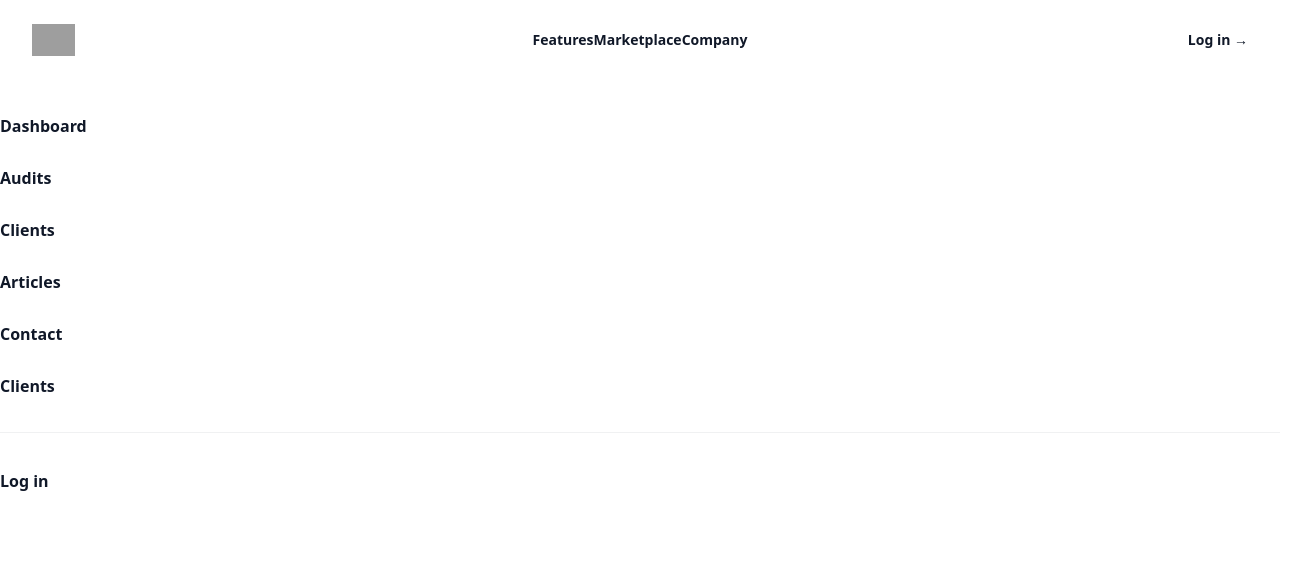
Repository: EclipticCode/Audit-Ease-FE
Page: /
These files come from the project's save history. The page is drawn as it stood at one moment and after a run of saves; the edit follows.
The browser window is 1280 px wide. The page is 1292 px wide, so the pictures cover 1292 px, including what lies to the right of the window. The pictures show the whole page.
Pictures or frames that could not be fetched are drawn as grey boxes. The project was rebuilt for these pictures with package versions that can differ from the ones it lists, and the page was loaded fresh each time. Also part of the build but not shown: vite.config.js, Login.jsx.

Above is the page before, as saved 2025-03-27 19:24:31.

### index.html
<!doctype html>
<html lang="en">
  <head>
    <meta charset="UTF-8" />
    <link rel="icon" type="image/svg+xml" href="" />
    <meta name="viewport" content="width=device-width, initial-scale=1.0" />
    <title>Audit Ease</title>
  </head>
  <body>
    <div id="root"></div>
    <script type="module" src="/src/main.jsx"></script>
  </body>
</html>

### src/main.jsx
import React from "react";
import ReactDOM from "react-dom/client";
import App from "./App";
import "./index.css"; // Ensure Tailwind styles are imported

ReactDOM.createRoot(document.getElementById("root")).render(
  <React.StrictMode>
    <App />
  </React.StrictMode>
);

### src/App.jsx
import React from 'react'
import Login from '../Login'
import Navbar from './Navbar'

const App = () => {
  return (
   <div>
      <Navbar/>
   </div>
  )
}

export default App

### src/index.css
@import url('https://fonts.googleapis.com/css2?family=Roboto:ital,wght@0,100..900;1,100..900&display=swap');

@import "tailwindcss";

@theme {
  --font-roboto: "Roboto", sans-serif;
  --font-weight-light: 300;
  --font-weight-normal: 400;
  --font-weight-medium: 500;
  --font-weight-semibold: 600;
  --font-weight-bold: 700;
  --color-soft-primary: #B2C4FB;
  --color-light-primary: #053ADA;
  --color-dark-primary: #032691;
  --color-deep-primary: #021655;
  --color-soft-seconday: #FFFFFF;
  --color-light-seconday: #B1B1B1;
  --color-dark-seconday: #263238;
  --color-deep-seconday: #000000;

}

### src/Navbar.jsx
import React from 'react'

const Navbar = () => {
  return (
    <div>
         <header className="bg-white">
      <nav aria-label="Global" className="mx-auto flex max-w-7xl items-center justify-between p-6 lg:px-8">
        <div className="flex lg:flex-1">
          <a href="#" className="-m-1.5 p-1.5">
            <span className="sr-only">Your Company</span>
            <img
              alt=""
              src="https://tailwindcss.com/plus-assets/img/logos/mark.svg?color=indigo&shade=600"
              className="h-8 w-auto"
            />
          </a>
        </div>

          <a href="#" className="text-sm/6 font-semibold text-gray-900">
            Features
          </a>
          <a href="#" className="text-sm/6 font-semibold text-gray-900">
            Marketplace
          </a>
          <a href="#" className="text-sm/6 font-semibold text-gray-900">
            Company
          </a>
        <div className="hidden lg:flex lg:flex-1 lg:justify-end">
          <a href="#" className="text-sm/6 font-semibold text-gray-900">
            Log in <span aria-hidden="true">&rarr;</span>
          </a>
        </div>
      </nav>

        <div className="fixed inset-0 z-10" />
          <div className="mt-6 flow-root">
            <div className="-my-6 divide-y divide-gray-500/10">
              <div className="space-y-2 py-6">
                <a
                  href="#"
                  className="-mx-3 block rounded-lg px-3 py-2 text-base/7 font-semibold text-gray-900 hover:bg-gray-50"
                >
                  Dashboard
                </a>
                <a
                  href="#"
                  className="-mx-3 block rounded-lg px-3 py-2 text-base/7 font-semibold text-gray-900 hover:bg-gray-50"
                >
                  Audits
                </a>
                <a
                  href="#"
                  className="-mx-3 block rounded-lg px-3 py-2 text-base/7 font-semibold text-gray-900 hover:bg-gray-50"
                >
                  Clients
                </a>
                <a
                  href="#"
                  className="-mx-3 block rounded-lg px-3 py-2 text-base/7 font-semibold text-gray-900 hover:bg-gray-50"
                >
                  Articles
                </a>
                <a
                  href="#"
                  className="-mx-3 block rounded-lg px-3 py-2 text-base/7 font-semibold text-gray-900 hover:bg-gray-50"
                >
                  Contact
                </a>
                <a
                  href="#"
                  className="-mx-3 block rounded-lg px-3 py-2 text-base/7 font-semibold text-gray-900 hover:bg-gray-50"
                >
                  Clients
                </a>
              </div>
              <div className="py-6">
                <a
                  href="#"
                  className="-mx-3 block rounded-lg px-3 py-2.5 text-base/7 font-semibold text-gray-900 hover:bg-gray-50"
                >
                  Log in
                </a>
              </div>
            </div>
          </div>

    </header>
    </div>
  )
}

export default Navbar

After the next 2 saves:
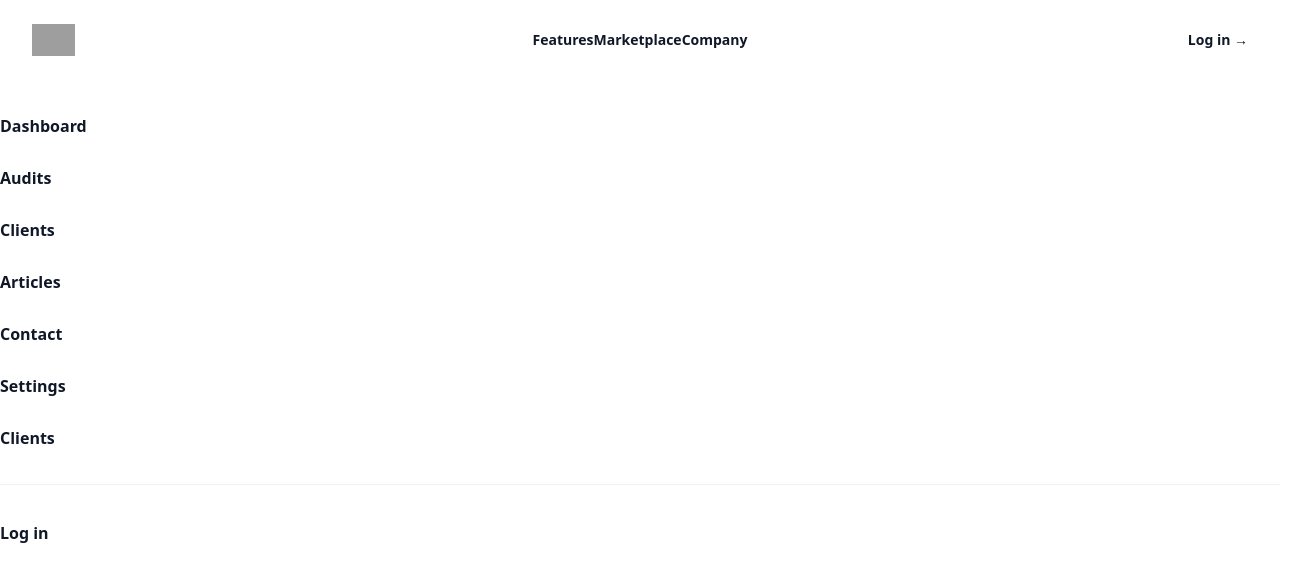
The 2 saves are shown as one change because they came seconds apart.
The last was saved 8 s later.
--- a/src/Navbar.jsx
+++ b/src/Navbar.jsx
@@ -70,6 +70,12 @@ const Navbar = () => {
                   href="#"
                   className="-mx-3 block rounded-lg px-3 py-2 text-base/7 font-semibold text-gray-900 hover:bg-gray-50"
                 >
+                  Settings
+                </a>
+                <a
+                  href="#"
+                  className="-mx-3 block rounded-lg px-3 py-2 text-base/7 font-semibold text-gray-900 hover:bg-gray-50"
+                >
                   Clients
                 </a>
               </div>
